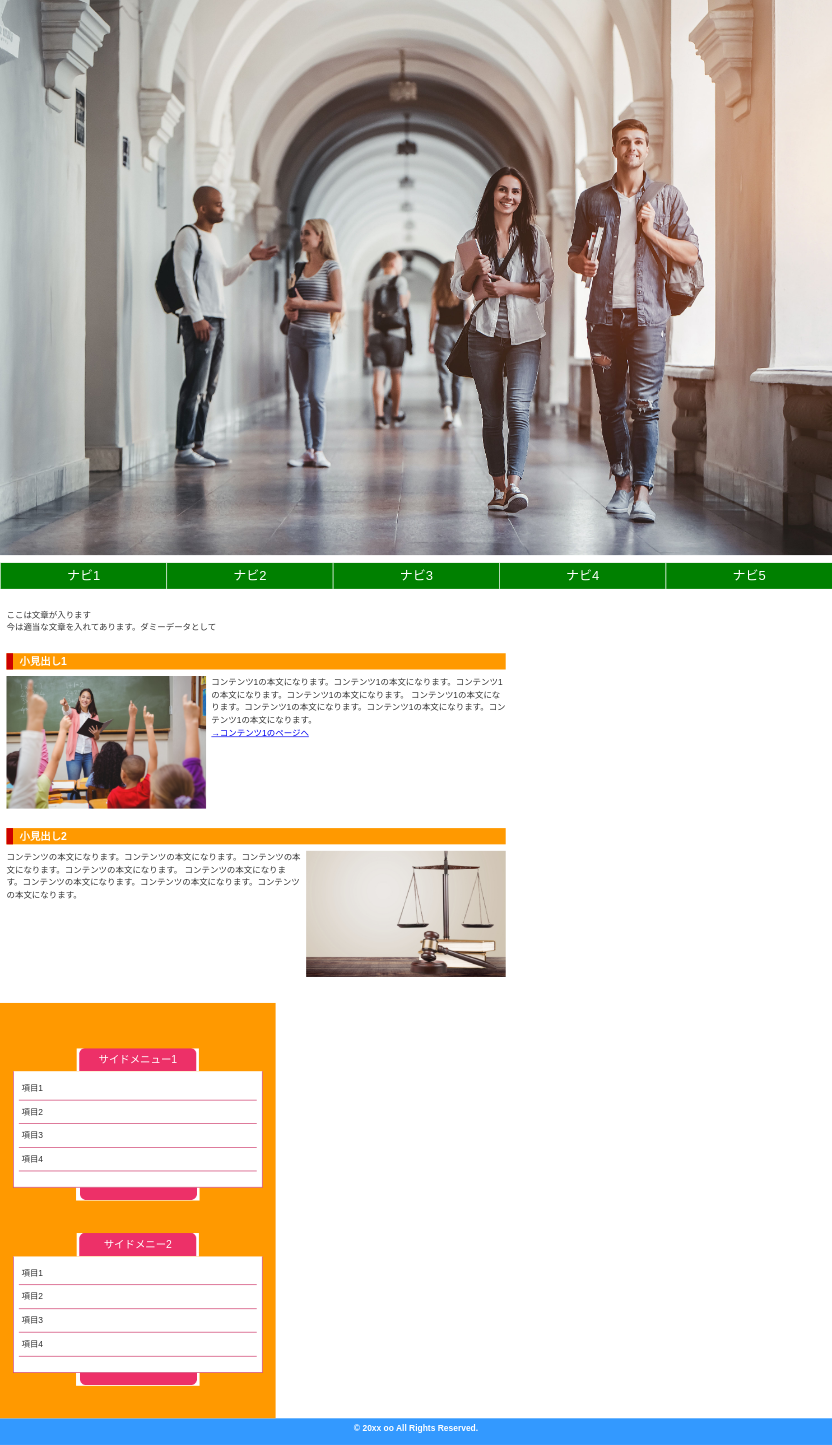
Repository: kobito2022/sumurai_HTML-CSS
Page: home.html
The author's editor kept a record of every edit. The page is drawn from the files as they stood at one moment, then again after the next edit.
The browser window is 1280 px wide. The pictures show the whole page, at 65% of full size.

Above is the page before.

After the next edit:
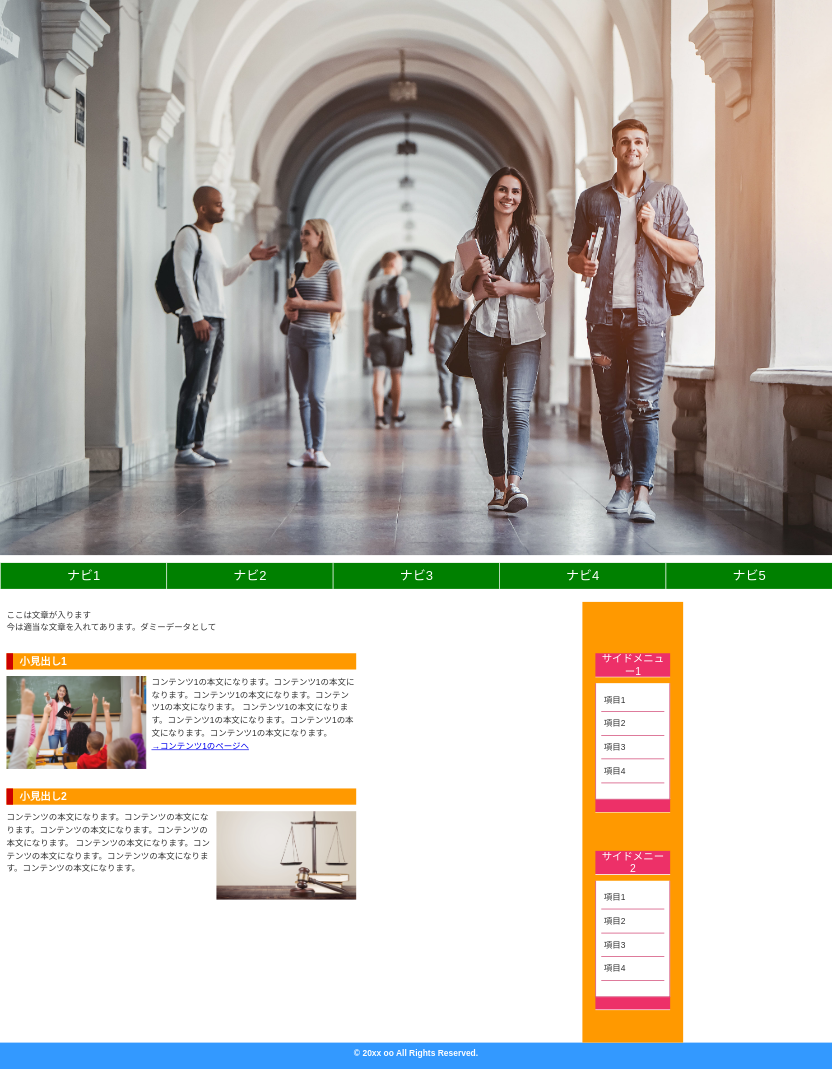
The edit:
--- a/stylesheet.css
+++ b/stylesheet.css
@@ -81,7 +81,7 @@
     padding-top: 20px;
     clear: both;
     display: grid;
-    grid-template-columns: 70vw 30 vw;
+    grid-template-columns: 70vw 30vw;
 }
 /* --------------main ------------------------*/
 #main {
